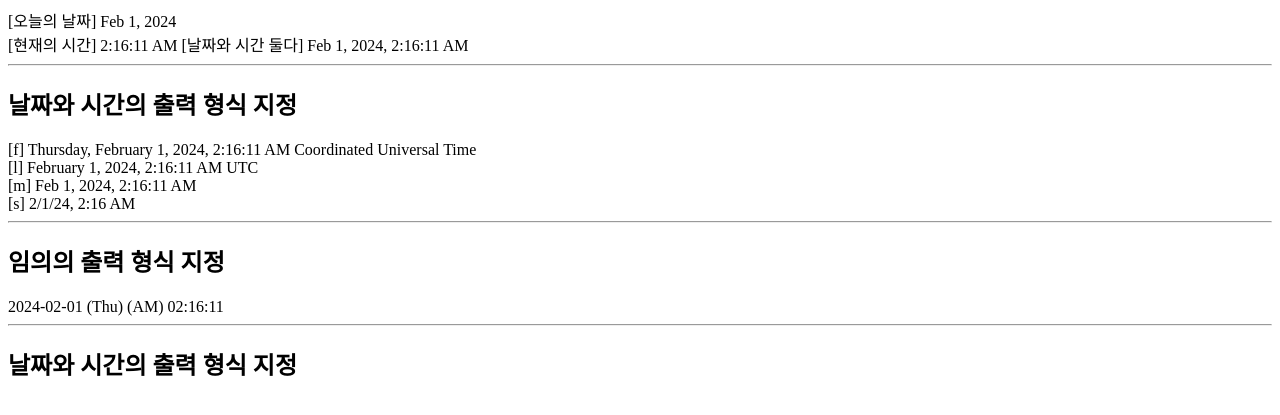
Repository: seonghun9906/sts3-Springboot
Page: http://localhost/spring-jsp02/today
The author's editor kept a copy of each file at every save. The page is drawn from the files as they stood at one save, then again after the next save.
The browser window is 1280 px wide. The pictures show the whole page.
The page is served by Tomcat 9.

Above is the page before, as saved 2024-02-05 04:40:49.

After the next save:
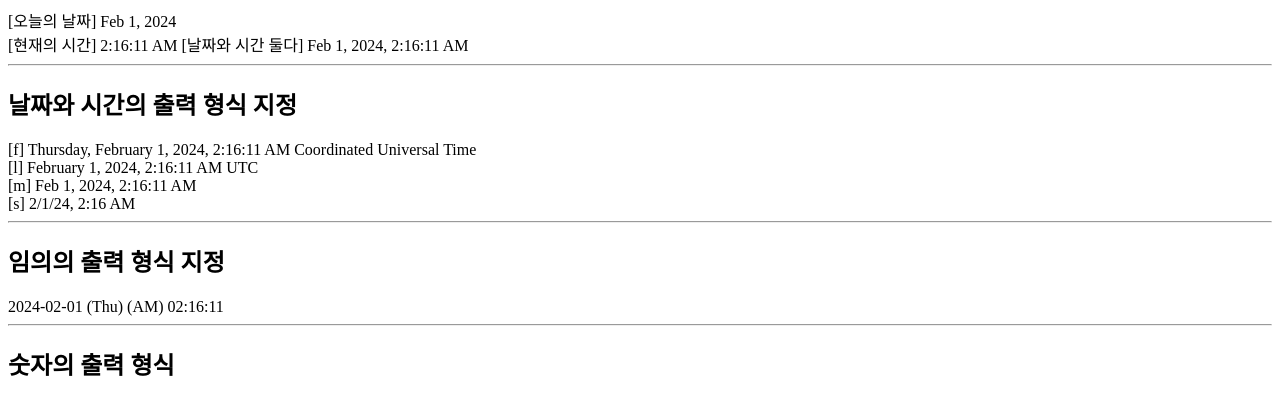
Saved 22 s later.
--- a/spring-jsp02/src/main/webapp/WEB-INF/views/today.jsp
+++ b/spring-jsp02/src/main/webapp/WEB-INF/views/today.jsp
@@ -32,6 +32,7 @@
 <fmt:formatDate value="${date}" type="time" pattern="(a) hh:mm:ss"/>
 
 <hr>
-<h2>날짜와 시간의 출력 형식 지정</h2>
+<h2>숫자의 출력 형식</h2>
+
 </body>
 </html>
